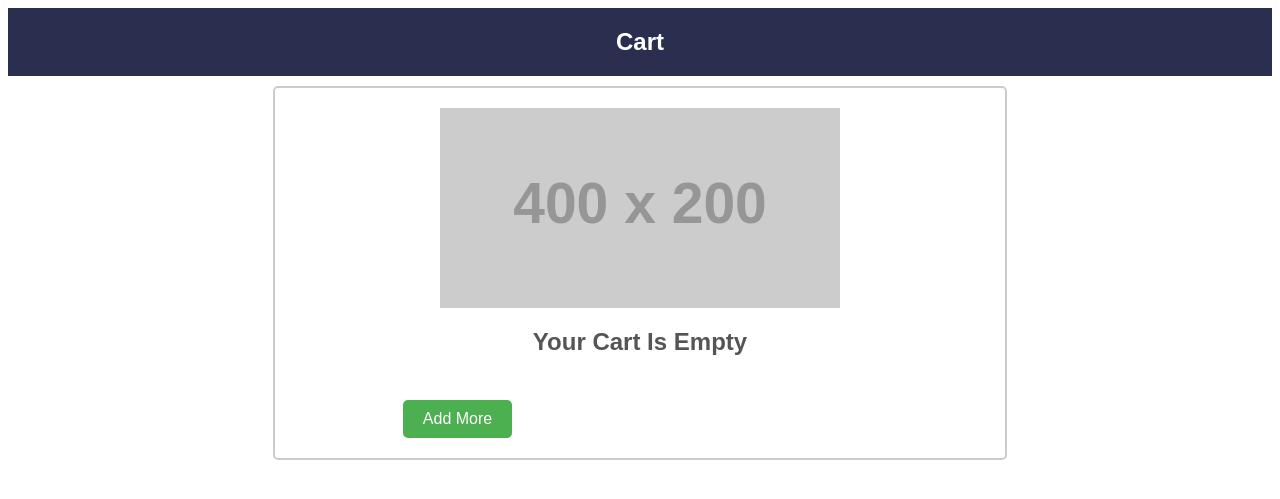
Repository: Rupeswarbhainsa777/Food-Web-App
Page: http://localhost/TapFoodApp/cart.jsp
The author's editor kept a copy of each file at every save. The page is drawn from the files as they stood at one save, then again after the next save.
The browser window is 1280 px wide. The pictures show the whole page.
The page is served by Tomcat 10. Nobody is signed in. The application's start-up code is not run. Other server files are loaded and not shown.

Above is the page before, as saved 2025-04-27 16:22:42.

### TapFoodApp/src/main/webapp/cart.jsp
<%@ page language="java" contentType="text/html; charset=UTF-8" pageEncoding="UTF-8"%>
<%@ page import="com.tap.modeal.Cart" %>
<%@ page import="com.tap.modeal.CartItem" %>
<%@ page import="java.util.*" %>

<!DOCTYPE html PUBLIC "-//W3C//DTD XHTML 1.0 Transitional//EN" "http://www.w3.org/TR/xhtml1/DTD/xhtml1-transitional.dtd">
<html xmlns="http://www.w3.org/1999/xhtml">
<head>
<meta http-equiv="Content-Type" content="text/html; charset=UTF-8" />
<title>Cart</title>

<style>
	body {
		font-family: Arial, sans-serif;
	}
	.cart-item {
		border: 2px solid #ccc;
		border-radius: 5px;
		padding: 10px;
		width: 710px;
		margin: 0 auto;
		max-width: 800px;
		margin-top: 10px;
		padding-top: 20px;
		padding-bottom: 20px;
	}
	header {
		background-color: #2A2F4F;
		padding: 20px 0;
		text-align: center;
		color: #fff;
	}
	header h1 {
		font-size: 24px;
		margin: 0;
	}
	.top-image-container {
		text-align: center;
	}
	.top-image {
		max-width: 100%;
		height: auto;
	}
	.empty-cart-msg {
		font-size: 24px;
		font-weight: bold;
		color: #555;
		margin-top: 20px;
	}
	.menu-items {
		display: flex;
		flex-wrap: wrap;
		gap: 20px;
		justify-content: center;
	}
	.menu-item {
		border: 1px solid #ccc;
		border-radius: 5px;
		padding: 10px;
		width: calc(50% - 22px);
		box-sizing: border-box;
		margin-bottom: 20px;
	}
	.item-details {
		margin-bottom: 10px;
	}
	.item-details p {
		margin: 0;
		font-weight: bold;
	}
	.price {
		color: #888;
	}
	.quantity-controls {
		display: flex;
		align-items: center;
	}
	.quantity-controls input[type="submit"],
	.quantity-controls input[type="number"] {
		margin-right: 10px;
	}
	.remove-btn,
	.update-btn {
		background-color: #f44336;
		color: white;
		border: none;
		padding: 5px 10px;
		border-radius: 5px;
		cursor: pointer;
	}
	.remove-btn:hover, .update-btn:hover {
		background-color: #d32f2f;
	}
	.add-more-item-btn, .proceed-to-checkout-btn {
		background-color: #4CAF50;
		color: white;
		border: none;
		padding: 10px 20px;
		text-align: center;
		text-decoration: none;
		display: inline-block;
		font-size: 16px;
		border-radius: 5px;
		cursor: pointer;
		margin-right: 10px;
	}
	.add-more-item-btn:hover, .proceed-to-checkout-btn:hover {
		background-color: #45a049;
	}
	.proceed-buttons-container {
		display: flex;
		justify-content: space-between;
		margin-top: 20px;
	}
	.add-more-button, .checkout-button {
		flex: 1;
		text-align: center;
	}
	.total-price {
		text-align: center;
		font-size: 22px;
		font-weight: bold;
		margin-top: 20px;
		color: #333;
	}
</style>

</head>
<body>

<header>
    <h1>Cart</h1>
</header>

<div class="cart-item">
    <div class="menu-items">
        <!-- Cart Items -->
        <%
        Cart cart = (Cart) session.getAttribute("cart");
        double totalPrice = 0.0;
        if (cart != null && !cart.getItems().isEmpty()) {
            for (CartItem item : cart.getItems().values()) {
                totalPrice += item.getPrice() * item.getQuantity();
        %>
        <div class="menu-item" id="<%=item.getItemId()%>">
            <div class="item-details">
                <p><%=item.getName()%></p>
                <span class="price">Price: ₹<%=item.getPrice()%></span><br/>
                <span class="price">Subtotal: ₹<%=item.getPrice() * item.getQuantity()%></span>
                <form action="CallingCartServlet" method="post">
                    <input type="hidden" name="itemId" value="<%=item.getItemId()%>">
                    <div class="quantity-controls">

                        <input type="submit" name="action" value="remove" class="remove-btn">
                        <input type="number" name="quantity" value="<%=item.getQuantity()%>" min="1">
                        <input type="submit" name="action" value="update" class="update-btn">
                    </div>
                </form>
            </div>
        </div>
        <%
            }
        %>

        <!-- Total Price Section -->
        <div class="total-price">
            Grand Total: ₹<%= String.format("%.2f", totalPrice) %>
        </div>

        <%
        } else {
        %>
        <div class="top-image-container">
            <img src="https://via.placeholder.com/400x200?text=Empty+Cart" alt="Empty Cart" class="top-image">
            <p class="empty-cart-msg">Your Cart Is Empty</p>
        </div>
        <%
        }
        %>
    </div>

    <div class="proceed-buttons-container">
        <div class="add-more-button">
            <a href="Menu?restaurantId=<%=session.getAttribute("restaurantId")%>" class="btn add-more-item-btn">Add More</a>
        </div>
        <div class="checkout-button">
            <% if (cart != null && !cart.getItems().isEmpty()) { %>
            <a href="CheckOut.jsp" class="btn proceed-to-checkout-btn">Proceed to Checkout</a>
            <% } %>
        </div>
    </div>

</div>

</body>
</html>

After the next save:
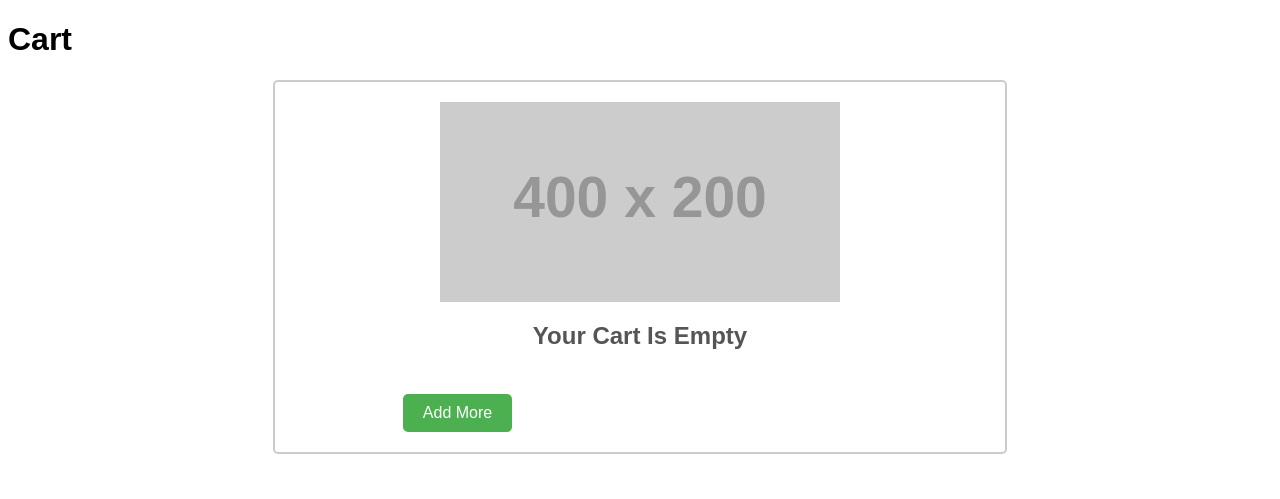
Saved 44 s later.
--- a/TapFoodApp/src/main/webapp/cart.jsp
+++ b/TapFoodApp/src/main/webapp/cart.jsp
@@ -128,9 +128,9 @@
 </head>
 <body>
 
-<header>
+
     <h1>Cart</h1>
-</header>
+
 
 <div class="cart-item">
     <div class="menu-items">

After the 2 saves that followed:
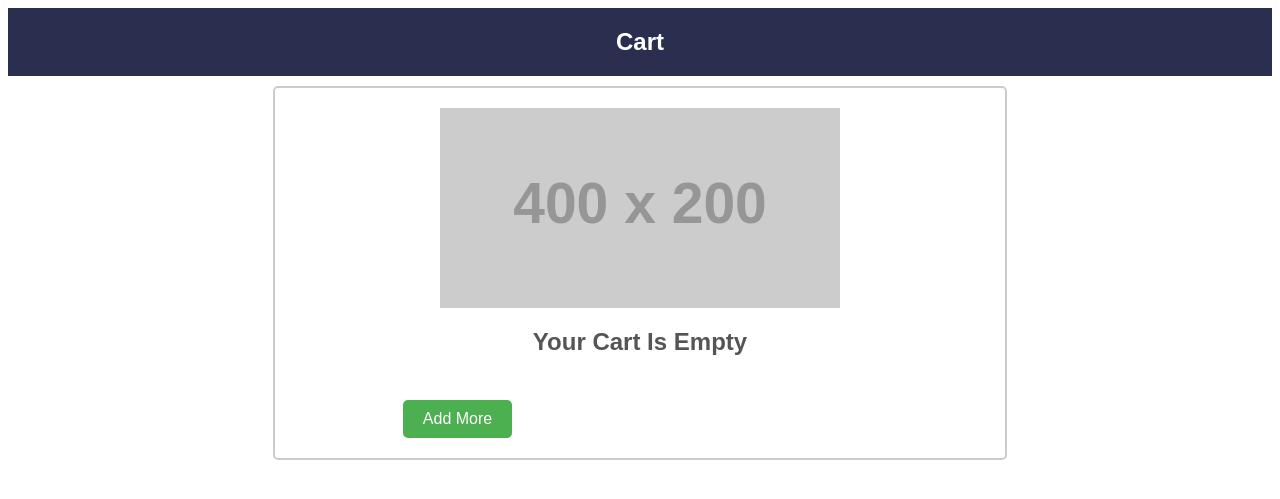
The 2 saves are shown as one change because 1 left the picture as it was.
The last was saved 5 min 42 s later.
--- a/TapFoodApp/src/main/webapp/cart.jsp
+++ b/TapFoodApp/src/main/webapp/cart.jsp
@@ -128,9 +128,9 @@
 </head>
 <body>
 
-
+<header>
     <h1>Cart</h1>
-
+</header>
 
 <div class="cart-item">
     <div class="menu-items">
